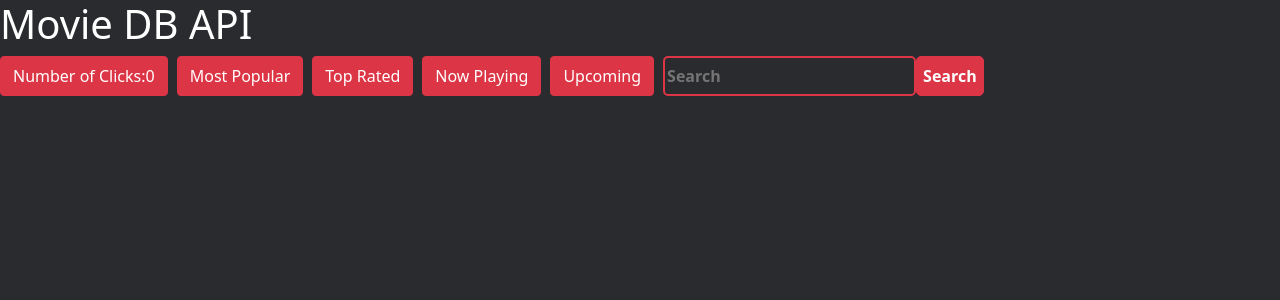
Repository: chaampavictor/moviedbapi
Page: /
These files come from the project's save history. The page is drawn as it stood at one moment and after the next save; the edit follows.
The browser window is 1280 px wide. The pictures show the whole page.
The page's requests for data from a server got no answer. The project was rebuilt for these pictures with package versions that can differ from the ones it lists, and the page was loaded fresh each time. No one was signed in, and anything a server would have sent is missing. Also part of the build but not shown: src/components/details.js.

Above is the page before, as saved 2022-01-22 12:45:00.

After the next save:
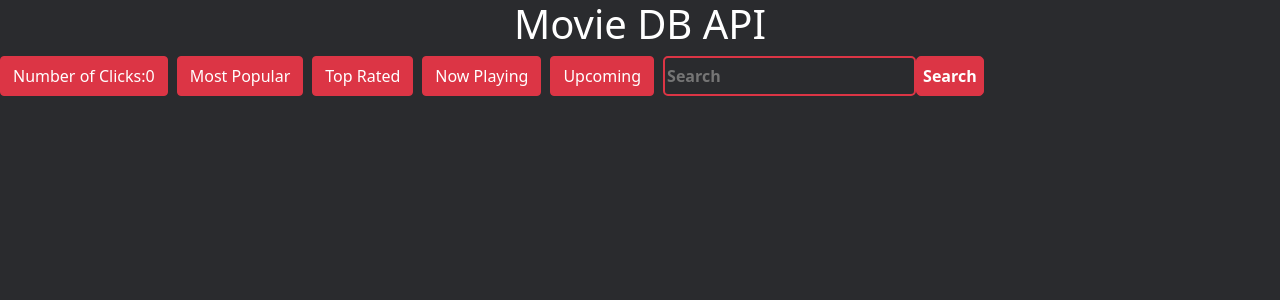
Saved 42 s later.
--- a/src/App.css
+++ b/src/App.css
@@ -42,8 +42,9 @@
 }
 
 .HeaderText {
-  textalign: center;
+  text-align: center;
   color: #fff;
+  text
 }
 
 .filterdiv {
